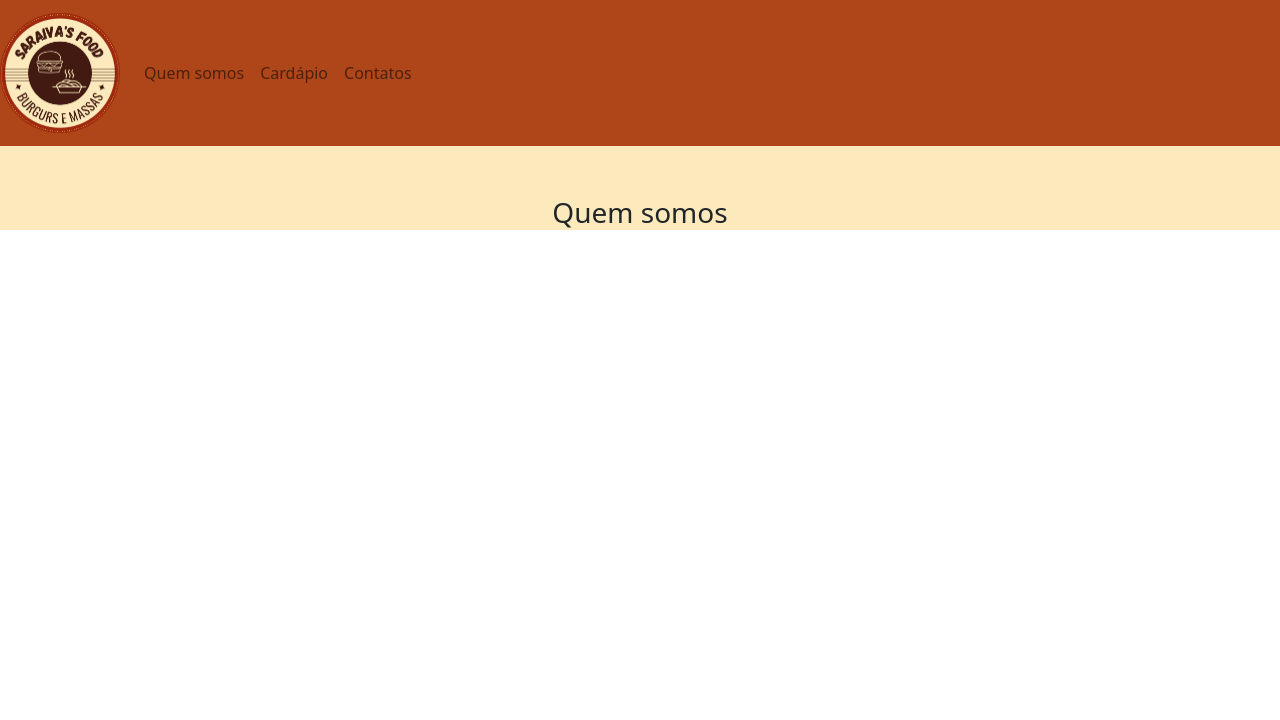
Repository: Tuanemendes/curso_bootstrap
Page: projeto1/index.html
These files come from the project's save history. The page is drawn as it stood at one moment and after the next save; the edit follows.
The browser window is 1280 px wide. The pictures show the whole page.

Above is the page before, as saved 2022-04-04 16:32:28.

After the next save:
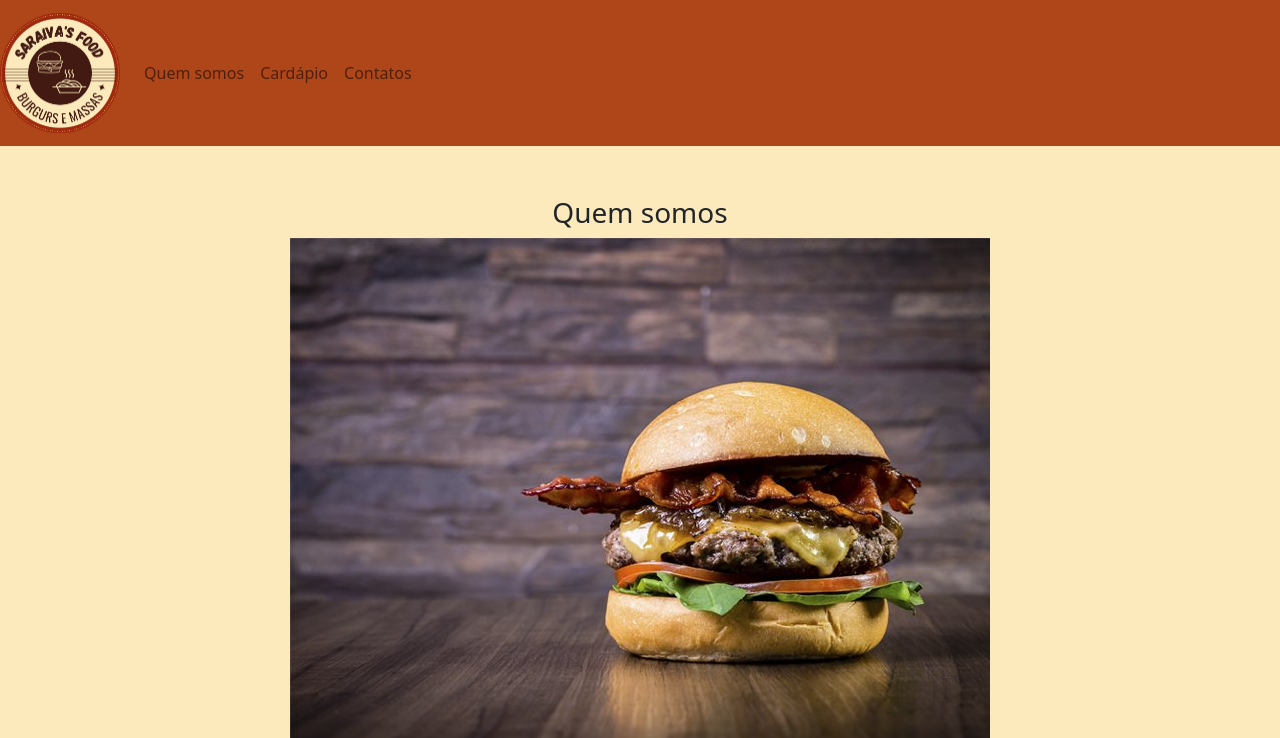
Saved 32 s later.
--- a/projeto1/index.html
+++ b/projeto1/index.html
@@ -31,6 +31,7 @@
     <section id="quemsomos">
         <div class="container-fluid quem-somos text-center margin">
             <h3>Quem somos</h3>
+            <img src="/img/como-montar-uma-hamburgueria.jpg" alt="">
         </div>
     </section>
 </body>
